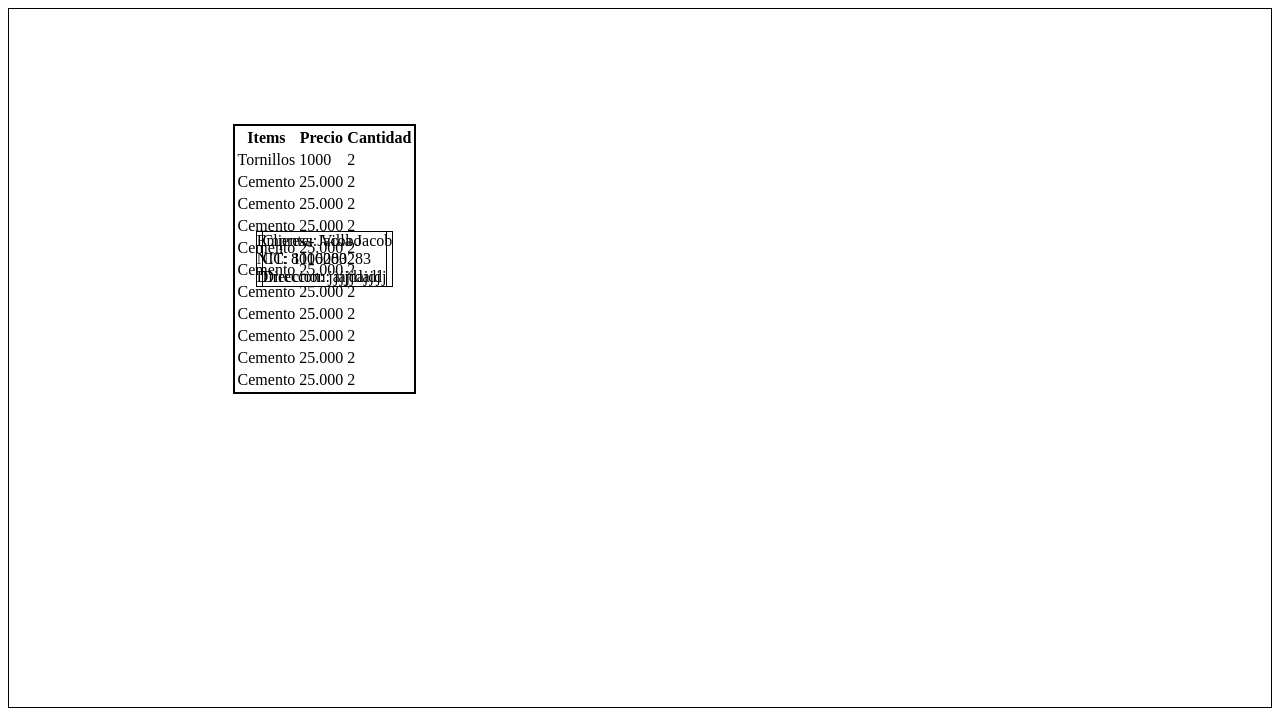
Repository: MrVanQish/FacturaEstructura
Page: index.html
The author's editor kept a copy of each file at every save. The page is drawn from the files as they stood at one save, then again after the next save.
The browser window is 1280 px wide. The pictures show the whole page.

Above is the page before, as saved 2021-09-29 10:15:06.

### index.html
<!DOCTYPE html>
<html lang="en">
<head>
    <meta charset="UTF-8">
    <meta http-equiv="X-UA-Compatible" content="IE=edge">
    <meta name="viewport" content="width=device-width, initial-scale=1.0">
    <title>Document</title>
    <link rel="stylesheet" href="styles.css">
</head>
<body>

    <div class="wrapper">

        <div class="factura1">
                <div class="infoEmpresa-f">
                    Empresa: Villa Jacob
                    <br>
                    NIT: 8000000
                    <br>
                    Direccion: jajjdajdj
                </div>
                <div class="infoCliente-f">
                    Cliente: Jacobo
                    <br>
                    CC: 1116283283
                    <br>
                    Direccion: jajjdajdj
                </div>
                <div class="items-f">

                    <table>

                        <tr>

                            <th>Items</th>

                            <th>Precio</th>

                            <th>Cantidad</th>


                        </tr>

                          <tr>

                            <td>Tornillos</td>

                            <td>1000</td>

                            <td>2</td>

                          </tr>

                          <tr>

                            <td>Cemento</td>

                            <td>25.000</td>

                            <td>2</td>

                          </tr>


                          <tr>

                            <td>Cemento</td>

                            <td>25.000</td>

                            <td>2</td>

                          </tr>

                          <tr>

                            <td>Cemento</td>

                            <td>25.000</td>

                            <td>2</td>

                          </tr>

                          <tr>

                            <td>Cemento</td>

                            <td>25.000</td>

                            <td>2</td>

                          </tr>

                          <tr>

                            <td>Cemento</td>

                            <td>25.000</td>

                            <td>2</td>

                          </tr>

                          <tr>

                            <td>Cemento</td>

                            <td>25.000</td>

                            <td>2</td>

                          </tr>


                          <tr>

                            <td>Cemento</td>

                            <td>25.000</td>

                            <td>2</td>

                          </tr>


                          <tr>

                            <td>Cemento</td>

                            <td>25.000</td>

                            <td>2</td>

                          </tr>

                          <tr>

                            <td>Cemento</td>

                            <td>25.000</td>

                            <td>2</td>

                          </tr>

                          <tr>

                            <td>Cemento</td>

                            <td>25.000</td>

                            <td>2</td>

                          </tr>






                      </table>



                </div>

                <!-- //t -->
            <div class="body-f">

            </div>
        </div>


    </div>

</body>
</html>

### styles.css
@page {
    size: A4 landscape;
}

.wrapper {
    height: 97vh;
    border: 1px solid #000;
    display: grid;
    grid-template-columns: 1fr 1fr;
    grid-template-rows: 500px;
    grid-template-areas:
      "f1 f2";
  }

  .factura1 {

    display: grid;
    grid-area: f1;
    align-self: center;
    justify-self: center;
    border: 1px solid #000;
    grid-template-columns: 1fr 1fr;
    grid-template-rows: 1fr auto;
    grid-template-areas:
      "infoEmpresa-f space"
      "infoCliente-f infoEmpresa-f items-f" ;
  }


.infoEmpresa-f{

    grid-area: infoEmpresa-f;
    border: 1px solid #000;
    align-self: center;
    justify-self: center;

}

.infoCliente-f{
    grid-area: infoCliente-f;
    border: 1px solid #000;
    align-self: center;
    justify-self: center;
}

.items-f{
    grid-area: items-f;
    border: 1px solid #000;
    align-self: center;
    justify-self: center;
}

After the next save:
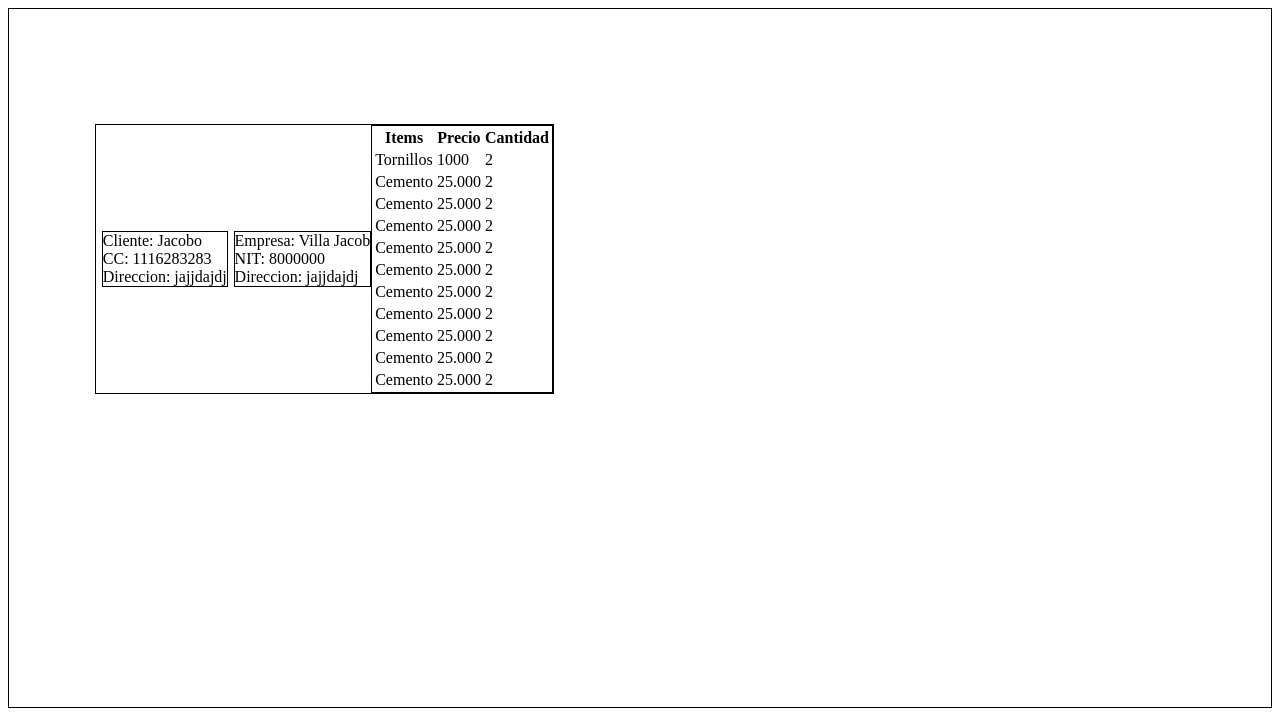
Saved 5 s later.
--- a/styles.css
+++ b/styles.css
@@ -22,7 +22,6 @@
     grid-template-columns: 1fr 1fr;
     grid-template-rows: 1fr auto;
     grid-template-areas:
-      "infoEmpresa-f space"
       "infoCliente-f infoEmpresa-f items-f" ;
   }
 
